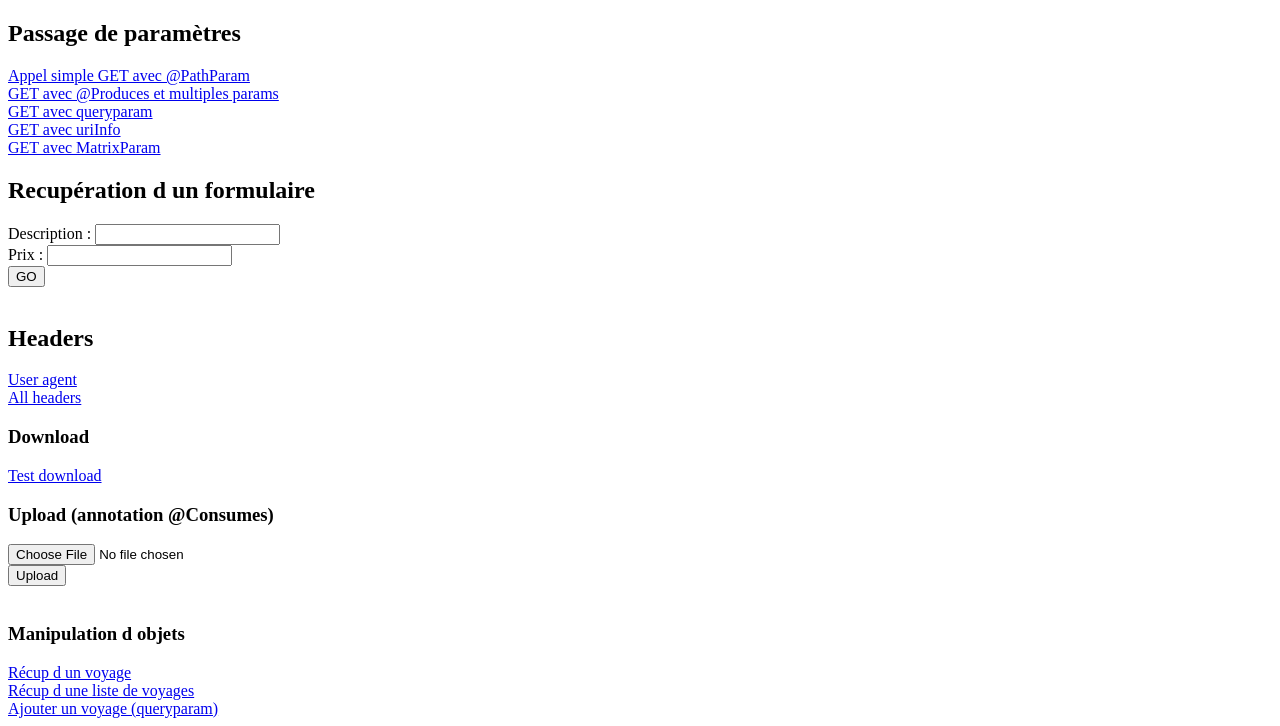
Repository: antoinebody/formationJee7
Page: http://localhost/projetRS/
An editor plug-in stored every save of this project. The page is shown before and after the next save, followed by the edit.
The browser window is 1280 px wide. The pictures show the whole page.
The page is served by Tomcat 9.

Above is the page before, as saved 2015-11-25 15:41:26.

After the next save:
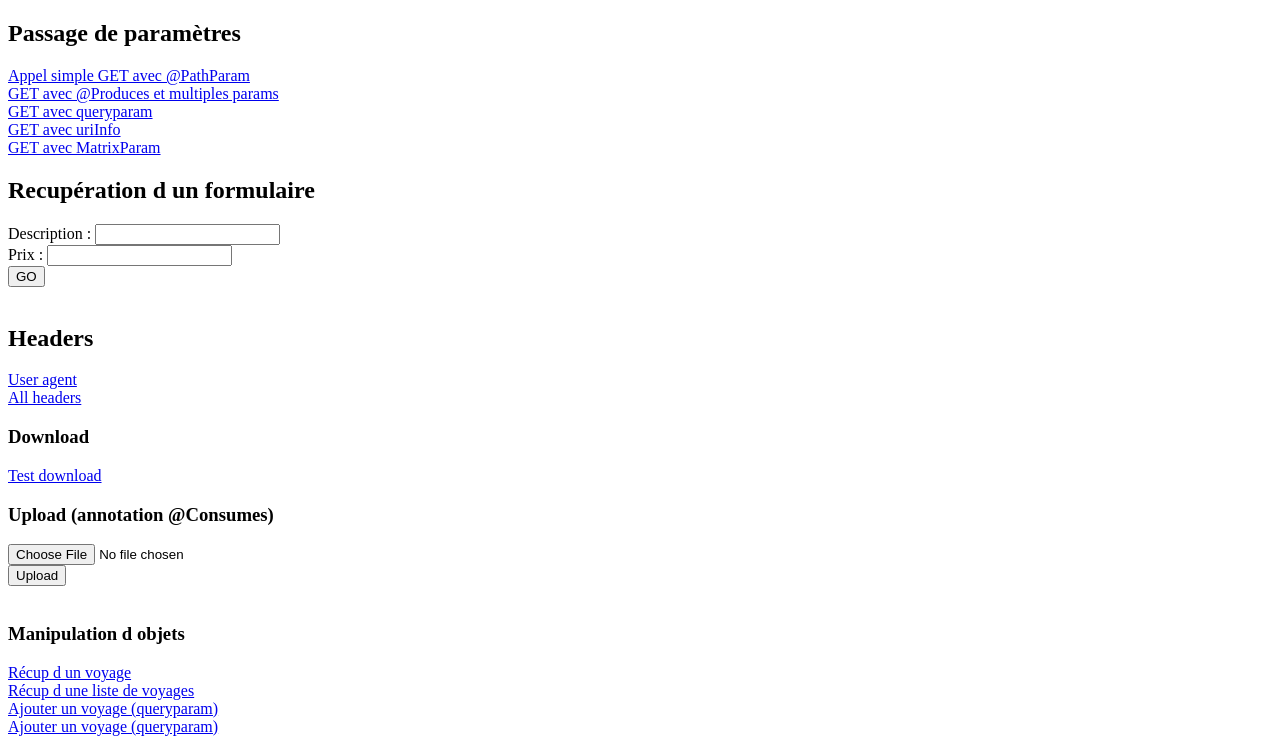
Saved 23 s later.
--- a/projetRS/WebContent/index.jsp
+++ b/projetRS/WebContent/index.jsp
@@ -53,6 +53,8 @@
 	<a href="rest/voyages">Récup d une liste de voyages</a>
 	<br/>
 	<a href="rest/voyages/add?ville_depart=paris&villeArrivee=londres&datedepart=13-01-2016">Ajouter un voyage (queryparam)</a>
+	<br/>
+	<a href="rest/voyages/delete?voyage_id=2">Ajouter un voyage (queryparam)</a>
 
 </body>
 </html>
